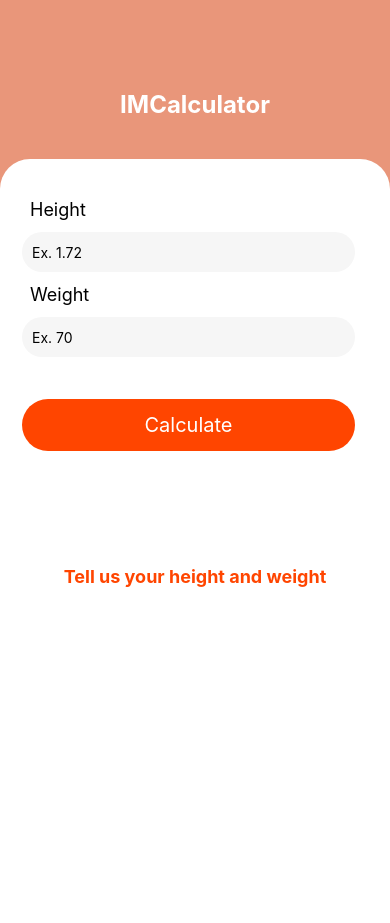
Repository: rubenmatias08/IMCTracker
Screen: /
These files come from the project's save history. The screen is drawn as it stood at one moment and after the next save; the edit follows.
The app was drawn by React Native's web renderer in a window 390 px wide. The project was rebuilt for these pictures with package versions that can differ from the ones it lists, and the page was loaded fresh each time.

Above is the screen before, as saved 2024-03-11 00:50:57.

### App.js
import { StyleSheet, View } from 'react-native';
import Title from './src/components/Title';
import Form from './src/components/Form/index'

export default function App() {
  return (
    <View style={styles.container}>
      <Title/>
      <Form />
    </View>
  );
}

const styles = StyleSheet.create({
  container: {
    flex: 1,
    backgroundColor: '#E9967A',
    paddingTop: 80,

  },
});



/*
   alignItems: 'center',
    justifyContent: 'center',

*/

### src/components/Title/index.js
import React from "react";
import { View,Text } from "react-native"; //Componentes
import styles from "./style";

export default function Title(){
    return(
        <View style={styles.boxTitle}>
            <Text style={styles.textTitle}>IMCalculator</Text>
        </View>
    )
}

//Para aplicar a estilização colocamos: style={nomedoficheiroimportado.propriedadeJSON}

### src/components/Form/index.js
import React , {useState} from "react";
import { TextInput, View, Text, TouchableOpacity} from "react-native";
import ResultIMC from "./ResultIMC";
import styles from "./style";


export default function Form(){

    const [height, setHeight] = useState(null); // Altura
    const [weight, setWeight] = useState(null); // Peso
    const [messageIMC, setmessageIMC] = useState("Tell us your height and weight"); // Mensagem que contem o resultado
    const [imc,setIMC] = useState(null); // valor do IMC
    const [textButton, setTextButton] = useState("Calculate"); //

    //Calcular o imc é altura x altura a dividir por peso
    //E vamos querer que nos retorne o resultado (toFixed) que é para vir com 2 casas decimais apenas.
    function CalculatorIMC(){
        return setIMC((weight / (height * height)).toFixed(2))
    }

    //Caso os valores tiverem sido preenchidos ele valida, caso contrário temos de avisar o usuário para preencher os dados de altura e peso.
    //Aqui com a condição é: Caso os valores de height e weight sejam diferentes de null, ou seja, estão preenchidos... Chama a função CalculatorIMC() que fará o calculo que depois nos dá o resultado.
    function ValidationIMC(){
        if(height != null && weight != null){
            CalculatorIMC() //Função do calculo
            setHeight(null) //Reset de height para que se faça depois um novo calculo
            setWeight(null) //Reset de weight para que se faça depois um novo calculo
            setmessageIMC("Your IMC is:") //Mensagem para apresentar o resultado
            setTextButton("Calculate again") //Botão com mensagem
            return //Depois de tudo isto... Retorna-nos.
        }
        setIMC(null) //caso o peso e altura sejam nulos, colocamos o imc como nulo também para que não haja resposta de possiveis calculos anteriores
        setTextButton("Calculate") //Para voltar a apresentar o texto original
        setmessageIMC("Tell us your height and weight") //Para voltar a apresentar o texto original

    }


    return(
        <View style={styles.formContent}>
            <View style={styles.form}>
                <Text style={styles.formLabel}>Height</Text>
                <TextInput style= {styles.input}
                onChangeText={setHeight}
                value={height}
                placeholder="Ex. 1.72"
                keyboardType="numeric"
                />

                <Text style={styles.formLabel}>Weight</Text>
                <TextInput style= {styles.input}
                onChangeText={setWeight}
                value={weight}
                placeholder="Ex. 70"
                keyboardType="numeric"
                />

               <TouchableOpacity style={styles.buttonCalculator} onPress={() => ValidationIMC()}>
               <Text style={styles.textButtonCalculator}>{textButton}</Text>
               </TouchableOpacity>

            </View>
            <ResultIMC messageResultImc={messageIMC} resultImc={imc}/>
        </View>
    )
}

//O keyboardType indica qual o tipo de teclado que ele vai abrir
//No <ResultIMC> leva duas props com propriedades dinamicas.


//Antes tinhamos um Button para clicar em vez de TouchOpacity, assim:
//  <Button onPress={() => ValidationIMC()} title={textButton}/>
//mas fizemos diferente e usamos o TouchOpacity porque é mais moderno e melhor. Há várias opções assim, basta ver na documentação do react native.

### src/components/Title/style.js
import { StyleSheet } from "react-native";

const styles = StyleSheet.create( {
    boxTitle: {
        alignItems: "center",
        justifyContent: "center",
        padding: 10,
    },
    textTitle: {
        color:"white",
        fontSize:24,
        fontWeight:"bold"
    }
});

export default styles;

### src/components/Form/ResultIMC/index.js
import React from "react";
import { View , Text } from "react-native";
import styles from "./style";

export default function ResultIMC(props){
    return(
        <View style={styles.ResultIMC}>
            <Text style={styles.information}>{props.messageResultImc}</Text>
            <Text style={styles.numberIMC}>{props.resultImc}</Text>
        </View>
    )
}

//Neste componente vai ser mostrado o resultado do valor de IMC e uma mensagem com o valor desse IMC.

### src/components/Form/style.js
import { StyleSheet } from "react-native";

const styles = StyleSheet.create( {
    formContent: {
        width:"100%",
        height:"100%",
        bottom:0,
        backgroundColor:"#ffffff",
        alignItems:"center",
        borderTopLeftRadius:30,
        borderTopRightRadius:30,
        marginTop:30
    },
    form: {
        width:"100%",
        height:"auto", //Colocando auto, ao colocar novos items ao conteudo ele ajusta.
        marginTop:30,
        padding:10
    },
    formLabel:{
        color:"#000000",
        fontSize:18,
        paddingLeft:20,
    },
    input:{
        width:"90%",
        borderRadius:50,
        backgroundColor:"#f6f6f6",
        height:40,
        margin:12,
        paddingLeft:10,
    },
    buttonCalculator:{
        borderRadius:50,
        alignItems:"center",
        justifyContent:"center",
        width:"90%",
        backgroundColor:"#FF4500",
        paddingTop:14,
        paddingBottom:14,
        marginLeft:12,
        margin:30

    },
    textButtonCalculator:{
        fontSize:20,
        color: "#ffffff",
    }
});

export default styles;

### src/components/Form/ResultIMC/style.js
import { StyleSheet } from "react-native";

const styles = StyleSheet.create( {
    ResultIMC: {
        flex:1,
        marginTop:15,
        paddingTop:60,
        borderRadius:50,
        alignItems:"center",
        width:"100%",
    },
    numberIMC:{
        fontSize:48,
        color:"#FF4500",
        fontWeight:"bold"
    },
    information:{
        fontSize:18,
        color:"#FF4500",
        fontWeight:"bold"
    }
});

export default styles;

After the next save:
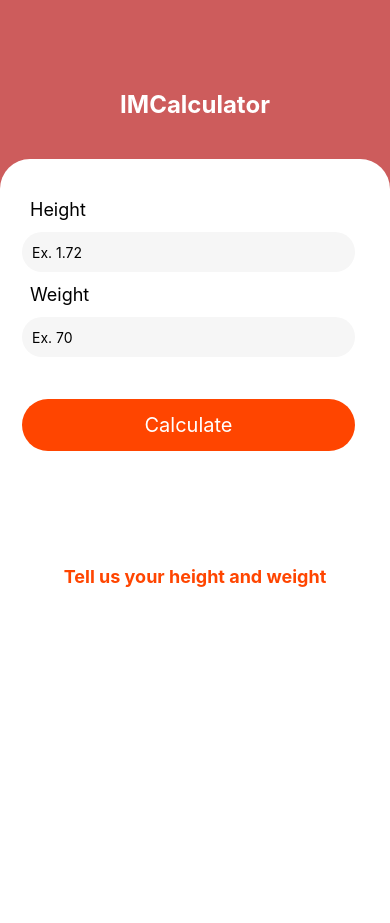
Saved 66 s later.
--- a/App.js
+++ b/App.js
@@ -14,7 +14,7 @@ export default function App() {
 const styles = StyleSheet.create({
   container: {
     flex: 1,
-    backgroundColor: '#E9967A',
+    backgroundColor: '#CD5C5C',
     paddingTop: 80,
 
   },
